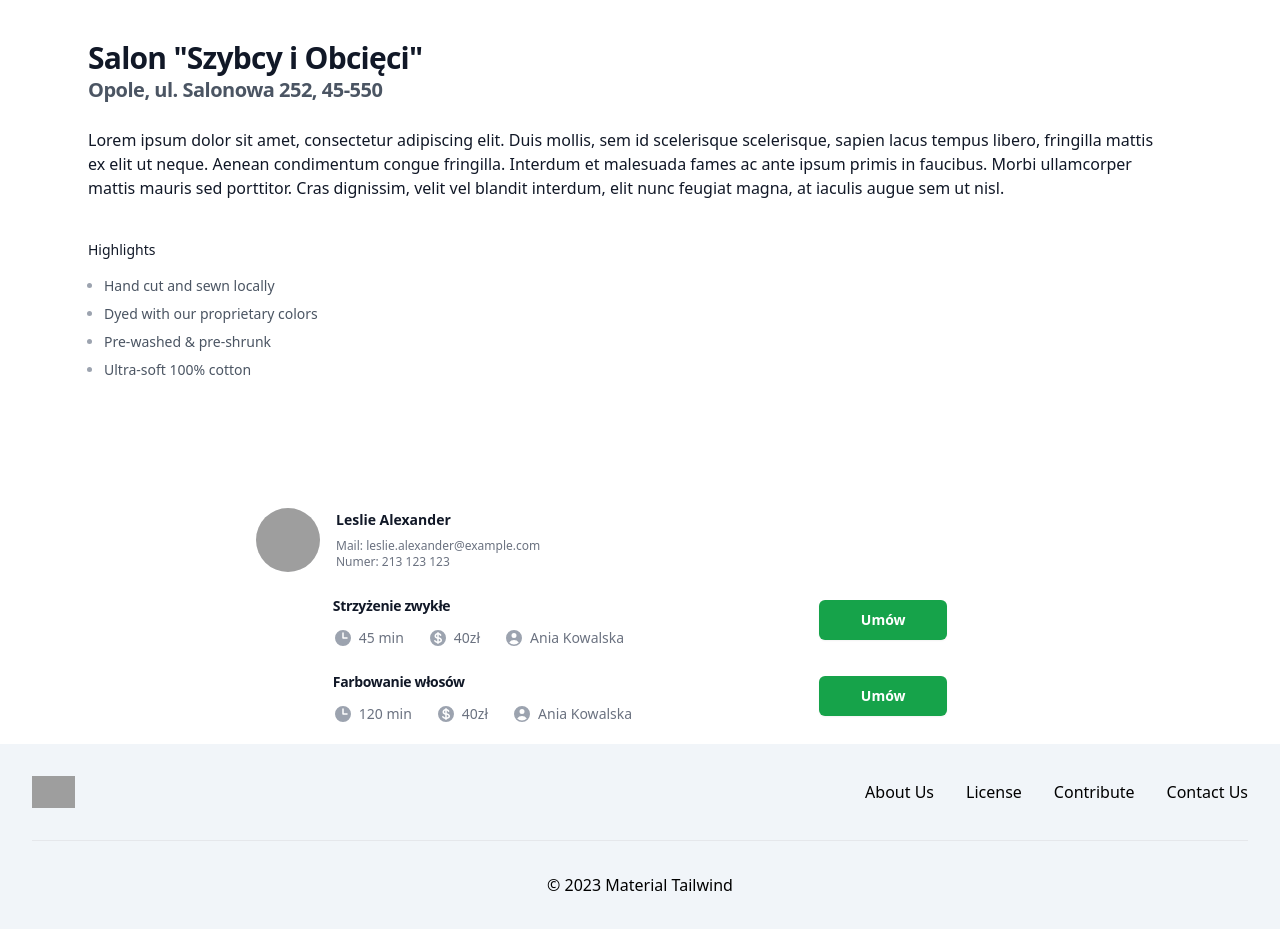
Repository: PrzemyslawJura/my-app
Page: /stronasalonu (app in frontend/)
An editor plug-in stored every save of this project. The page is shown before and after the next save, followed by the edit.
The browser window is 1280 px wide. The pictures show the part of the page from y = 516 to 1445 px (the page is 1445 px tall).
Pictures or frames that could not be fetched are drawn as grey boxes. The project was rebuilt for these pictures with package versions that can differ from the ones it lists, and the page was loaded fresh each time. Also part of the build but not shown: frontend/src/components/Location.jsx, frontend/src/home/Feature.jsx, frontend/src/shared_np_buttony_inputy_kalendarze_itp/PaginationTile.jsx, frontend/src/home/Pagination.jsx, frontend/src/home/Listbox.jsx, frontend/src/home/StepOne.jsx, frontend/src/home/StepTwo.jsx, frontend/src/home/SalonOffer.jsx and 19 more.

Above is the page before, as saved 2023-11-21 20:30:01.

### frontend/src/index.css
@tailwind base;
html {
  scroll-behavior: smooth;
}

@tailwind components;
@tailwind utilities;

### frontend/src/core/App.jsx
import BrowserRoutes from "./BrowserRoutes"
import FooterWithLogo from "./Footer"
import NavbarBiznes from "./NavbarBiznes";
import NavbarHome from "./NavbarHome";



export default function App() {
  let navigationBar = <NavbarHome/>
  function userIsLogin(user)
  {
    if (user == false) navigationBar = <NavbarBiznes/>
    else navigationBar = <NavbarHome/>
  }
  return (
    <>
      {userIsLogin(false)}
      {navigationBar}
      <BrowserRoutes/>
      <FooterWithLogo/>
    </>
  )
}

### frontend/src/core/BrowserRoutes.jsx
import Home from "../home/Home"
import CalendarOfWork from "../biznes/CalendarOfWork"
import SalonPage from "../biznes/SalonPage"
import Workers from "../biznes/Workers"
import Services from "../biznes/Services"
import { Route, Routes } from "react-router-dom"
import NavbarBiznes from "./NavbarBiznes"

export default function BrowserRoutes() {
  return (
      <Routes>
        <Route path="/" element={<Home/>}/>
        <Route path="/stronasalonu" element={<SalonPage/>}/>
        <Route path="/pracownicy" element={<Workers/>}/>
        <Route path="/kalendarz" element={<CalendarOfWork/>}/>
        <Route path="/oferta" element={<Services/>}/>
      </Routes>
  )
}

### frontend/src/core/Footer.jsx
import { Typography } from "@material-tailwind/react";

export default function FooterWithLogo() {
  return (
    <footer id="footer" className="w-full p-8 bg-slate-100">
      <div className="flex flex-row flex-wrap items-center justify-center gap-y-6 gap-x-12 text-center md:justify-between">
      <img
        className="h-8 w-auto"
        src="https://tailwindui.com/img/logos/mark.svg?color=green&shade=600"
        alt=""
      />
        <ul className="flex flex-wrap items-center gap-y-2 gap-x-8">
          <li>
            <Typography
              as="a"
              href="#"
              color="blue-gray"
              className="font-normal transition-colors hover:text-blue-500 focus:text-blue-500"
            >
              About Us
            </Typography>
          </li>
          <li>
            <Typography
              as="a"
              href="#"
              color="blue-gray"
              className="font-normal transition-colors hover:text-blue-500 focus:text-blue-500"
            >
              License
            </Typography>
          </li>
          <li>
            <Typography
              as="a"
              href="#"
              color="blue-gray"
              className="font-normal transition-colors hover:text-blue-500 focus:text-blue-500"
            >
              Contribute
            </Typography>
          </li>
          <li>
            <Typography
              as="a"
              href="#"
              color="blue-gray"
              className="font-normal transition-colors hover:text-blue-500 focus:text-blue-500"
            >
              Contact Us
            </Typography>
          </li>
        </ul>
      </div>
      <hr className="my-8 border-blue-gray-50" />
      <Typography color="blue-gray" className="text-center font-normal">
        &copy; 2023 Material Tailwind
      </Typography>
    </footer>
  );
}

### frontend/src/biznes/SalonPage.jsx
import Salon from "./Salon"
import Hairdresser from "../components/Hairdresser"
import OneService from "../components/OneService"
import MainButton from "../shared_np_buttony_inputy_kalendarze_itp/MainButton"

const people = [
  {
    name: 'Leslie Alexander',
    email: 'leslie.alexander@example.com',
    telephone: '213 123 123',
    role: 'Co-Founder / CEO',
    imageUrl:
      'https://images.unsplash.com/photo-1494790108377-be9c29b29330?ixlib=rb-1.2.1&ixid=eyJhcHBfaWQiOjEyMDd9&auto=format&fit=facearea&facepad=2&w=256&h=256&q=80',
    lastSeen: '3h ago',
    lastSeenDateTime: '2023-01-23T13:23Z',
  },
  {
    name: 'Michael Foster',
    email: 'michael.foster@example.com',
    role: 'Co-Founder / CTO',
    imageUrl:
      'https://images.unsplash.com/photo-1519244703995-f4e0f30006d5?ixlib=rb-1.2.1&ixid=eyJhcHBfaWQiOjEyMDd9&auto=format&fit=facearea&facepad=2&w=256&h=256&q=80',
    lastSeen: '3h ago',
    lastSeenDateTime: '2023-01-23T13:23Z',
  },
  {
    name: 'Dries Vincent',
    email: 'dries.vincent@example.com',
    role: 'Business Relations',
    imageUrl:
      'https://images.unsplash.com/photo-1506794778202-cad84cf45f1d?ixlib=rb-1.2.1&ixid=eyJhcHBfaWQiOjEyMDd9&auto=format&fit=facearea&facepad=2&w=256&h=256&q=80',
    lastSeen: null,
  },
  {
    name: 'Lindsay Walton',
    email: 'lindsay.walton@example.com',
    role: 'Front-end Developer',
    imageUrl:
      'https://images.unsplash.com/photo-1517841905240-472988babdf9?ixlib=rb-1.2.1&ixid=eyJhcHBfaWQiOjEyMDd9&auto=format&fit=facearea&facepad=2&w=256&h=256&q=80',
    lastSeen: '3h ago',
    lastSeenDateTime: '2023-01-23T13:23Z',
  },
  {
    name: 'Courtney Henry',
    email: 'courtney.henry@example.com',
    role: 'Designer',
    imageUrl:
      'https://images.unsplash.com/photo-1438761681033-6461ffad8d80?ixlib=rb-1.2.1&ixid=eyJhcHBfaWQiOjEyMDd9&auto=format&fit=facearea&facepad=2&w=256&h=256&q=80',
    lastSeen: '3h ago',
    lastSeenDateTime: '2023-01-23T13:23Z',
  },
  {
    name: 'Tom Cook',
    email: 'tom.cook@example.com',
    role: 'Director of Product',
    imageUrl:
      'https://images.unsplash.com/photo-1472099645785-5658abf4ff4e?ixlib=rb-1.2.1&ixid=eyJhcHBfaWQiOjEyMDd9&auto=format&fit=facearea&facepad=2&w=256&h=256&q=80',
    lastSeen: null,
  },
]

const services = [
  {
    name: 'Strzyżenie zwykłe',
    time: '45',
    price: '40',
    hairdresser: 'Ania Kowalska',
    active: true,
  },
  {
    name: 'Farbowanie włosów',
    time: '120',
    price: '40',
    hairdresser: 'Ania Kowalska',
    active: true,
  }
]


export default function SalonPage() {
  return (
    <>
      <Salon/>
      <div className="w-3/5 m-auto">
        <Hairdresser person={people[0]}/>
        <div className="w-4/5 m-auto my-5 flex justify-between">
          <OneService service={services[0]}/>
          <MainButton text="Umów"/>
        </div>
        <div className="w-4/5 m-auto my-5 flex justify-between">
          <OneService service={services[1]}/>
          <MainButton text="Umów"/>
        </div>


      </div>
    </>
  )
}

### frontend/src/shared_np_buttony_inputy_kalendarze_itp/MainButton.jsx
export default function MainButton({text}) {
    return (
        <button
        type="submit"
        className="w-20 sm:w-32 flex-none rounded-md bg-green-600 px-3.5 py-2.5 text-sm font-semibold max-h-10 my-auto
                   text-white shadow-sm hover:bg-green-400 focus-visible:outline focus-visible:outline-2
                   focus-visible:outline-offset-2 focus-visible:outline-indigo-500"
        >
        {text}
        </button>
    )}

### frontend/src/biznes/Salon.jsx
import { StarIcon } from '@heroicons/react/20/solid'
import { CarouselDefault } from '../components/CarouselDefault'

const product = {
  name: 'Salon "Szybcy i Obcięci"',
  city: 'Opole',
  street: 'ul. Salonowa 252',
  code: '45-550',
  price: '$192',
  href: '#',
  breadcrumbs: [
    { id: 1, name: 'Opole', href: '#' }
  ],
  images: [
    {
      src: 'https://tailwindui.com/img/ecommerce-images/product-page-02-secondary-product-shot.jpg',
      alt: 'Two each of gray, white, and black shirts laying flat.',
    },
    {
      src: 'https://tailwindui.com/img/ecommerce-images/product-page-02-tertiary-product-shot-01.jpg',
      alt: 'Model wearing plain black basic tee.',
    },
    {
      src: 'https://tailwindui.com/img/ecommerce-images/product-page-02-tertiary-product-shot-02.jpg',
      alt: 'Model wearing plain gray basic tee.',
    },
    {
      src: 'https://tailwindui.com/img/ecommerce-images/product-page-02-featured-product-shot.jpg',
      alt: 'Model wearing plain white basic tee.',
    },
  ],
  description:
    'Lorem ipsum dolor sit amet, consectetur adipiscing elit. Duis mollis, sem id scelerisque scelerisque, sapien lacus tempus libero, fringilla mattis ex elit ut neque. Aenean condimentum congue fringilla. Interdum et malesuada fames ac ante ipsum primis in faucibus. Morbi ullamcorper mattis mauris sed porttitor. Cras dignissim, velit vel blandit interdum, elit nunc feugiat magna, at iaculis augue sem ut nisl. ',
  highlights: [
    'Hand cut and sewn locally',
    'Dyed with our proprietary colors',
    'Pre-washed & pre-shrunk',
    'Ultra-soft 100% cotton',
  ],
}
const reviews = { href: '#', average: 3.5, totalCount: 117 }

function classNames(...classes) {
  return classes.filter(Boolean).join(' ')
}

export default function Salon() {

  return (
    <div className="bg-white">
      <div className="pt-6">
        <nav aria-label="Breadcrumb">
          <ol role="list" className="mx-auto flex max-w-2xl items-center space-x-2 px-4 sm:px-6 lg:max-w-7xl lg:px-8">
            {product.breadcrumbs.map((breadcrumb) => (
              <li key={breadcrumb.id}>
                <div className="flex items-center">
                  <a href={breadcrumb.href} className="mr-2 text-sm font-medium text-gray-900">
                    {breadcrumb.name}
                  </a>
                  <svg
                    width={16}
                    height={20}
                    viewBox="0 0 16 20"
                    fill="currentColor"
                    aria-hidden="true"
                    className="h-5 w-4 text-gray-300"
                  >
                    <path d="M5.697 4.34L8.98 16.532h1.327L7.025 4.341H5.697z" />
                  </svg>
                </div>
              </li>
            ))}
            <li className="text-sm">
              <a href={product.href} aria-current="page" className="font-medium text-gray-500 hover:text-gray-600">
                {product.name}
              </a>
            </li>
          </ol>
        </nav>

        {/* Image gallery */}
        <div className="mx-auto mt-6 max-w-2xl sm:px-6  lg:max-w-7xl  lg:px-8 rounded-xl h-96 overflow-x-hidden">
              <CarouselDefault/>
        </div>

        {/* Product info */}
        <div className="mx-auto px-20 pb-16 pt-10 sm:px-6 max-w-6xl ">
          <div className="lg:col-span-2 lg:pr-8">
            <h1 className="text-2xl font-bold tracking-tight text-gray-900 sm:text-3xl">{product.name}</h1>
            <h3 className="text-xl font-semibold tracking-tight text-gray-600">{product.city}, {product.street}, {product.code}</h3>
          </div>

          {/* Options */}
{/*} lg:grid lg:max-w-7xl lg:grid-cols-3 lg:grid-rows-[auto,auto,1fr] lg:gap-x-8 lg:px-8 lg:pb-24 lg:pt-16 max-w-2xl
          <div className="mt-4 lg:row-span-3 lg:mt-0">{*/}
            {/* Reviews */}{/*}
            <div className="mt-6">
              <h3 className="sr-only">Reviews</h3>
              <div className="flex items-center">
                <div className="flex items-center">
                  {[0, 1, 2, 3, 4].map((rating) => (
                    <StarIcon
                      key={rating}
                      className={classNames(
                        reviews.average > rating ? 'text-gray-900' : 'text-gray-200',
                        'h-5 w-5 flex-shrink-0'
                      )}
                      aria-hidden="true"
                    />
                  ))}
                </div>
                <p className="sr-only">{reviews.average} out of 5 stars</p>
                <a href={reviews.href} className="ml-3 text-sm font-medium text-indigo-600 hover:text-indigo-500">
                  {reviews.totalCount} reviews
                </a>
              </div>
            </div>

            <form className="mt-10">
              <button
                type="submit"
                className="mt-10 flex w-full items-center justify-center rounded-md border border-transparent bg-indigo-600 px-8 py-3 text-base font-medium text-white hover:bg-indigo-700 focus:outline-none focus:ring-2 focus:ring-indigo-500 focus:ring-offset-2"
              >
                Dodaj ocene
              </button>
            </form>

          </div>
        {*/}
          <div className="py-10 lg:col-span-2 lg:col-start-1 lg:pb-16 lg:pr-8 lg:pt-6">
            {/* Description and details */}
            <div>
              <h3 className="sr-only">Description</h3>

              <div className="space-y-6">
                <p className="text-base text-gray-900">{product.description}</p>
              </div>
            </div>

            <div className="mt-10">
              <h3 className="text-sm font-medium text-gray-900">Highlights</h3>

              <div className="mt-4">
                <ul role="list" className="list-disc space-y-2 pl-4 text-sm">
                  {product.highlights.map((highlight) => (
                    <li key={highlight} className="text-gray-400">
                      <span className="text-gray-600">{highlight}</span>
                    </li>
                  ))}
                </ul>
              </div>
            </div>

          </div>
        </div>
      </div>
    </div>
  )
}

### frontend/src/components/Hairdresser.jsx
export default function Hairdresser({person}) {
    return (
      <>
          <div className="flex min-w-0 gap-x-4">
            <img className="h-16 w-16 flex-none rounded-full bg-gray-50" src={person.imageUrl} alt="" />
            <div className="min-w-0 flex-auto">
              <p className="text-sm font-semibold leading-6 text-gray-900">{person.name}</p>
              <p className="mt-1 truncate text-xs leading-5 text-gray-500">Mail: {person.email}</p>
              <p className="truncate text-xs leading-3 text-gray-500">Numer: {person.telephone}</p>
            </div>
          </div>
    </>
  )}

### frontend/src/components/OneService.jsx
import {
    ClockIcon,
    CurrencyDollarIcon,
    UserCircleIcon,
  } from '@heroicons/react/20/solid'

export default function OneService({service}) {
    return (
        <div className="min-w-0 flex-1">
          <h2 className="text-sm font-semibold leading-7 text-gray-900 sm:truncate sm:tracking-tight">
            {service.name}
          </h2>
          <div className="mt-1 flex flex-col sm:mt-0 sm:flex-row sm:flex-wrap sm:space-x-6">
            <div className="mt-2 flex items-center text-sm text-gray-500">
              <ClockIcon className="mr-1.5 h-5 w-5 flex-shrink-0 text-gray-400" aria-hidden="true" />
              {service.time} min
            </div>
            <div className="mt-2 flex items-center text-sm text-gray-500">
              <CurrencyDollarIcon className="mr-1.5 h-5 w-5 flex-shrink-0 text-gray-400" aria-hidden="true" />
              {service.price}zł
            </div>
            <div className="mt-2 flex items-center text-sm text-gray-500">
              <UserCircleIcon className="mr-1.5 h-5 w-5 flex-shrink-0 text-gray-400" aria-hidden="true" />
              {service.hairdresser}
            </div>
          </div>
        </div>
    )}

### frontend/src/components/CarouselDefault.jsx
import { Carousel, IconButton } from "@material-tailwind/react";

export function CarouselDefault() {
  return (
    <Carousel
      className="rounded-xl"
      prevArrow={({ handlePrev }) => (
        <IconButton
          variant="text"
          color="white"
          size="lg"
          onClick={handlePrev}
          className="!absolute top-2/4 left-4 -translate-y-2/4"
        >
          <svg
            xmlns="http://www.w3.org/2000/svg"
            fill="none"
            viewBox="0 0 24 24"
            strokeWidth={2}
            stroke="currentColor"
            className="h-6 w-6"
          >
            <path
              strokeLinecap="round"
              strokeLinejoin="round"
              d="M10.5 19.5L3 12m0 0l7.5-7.5M3 12h18"
            />
          </svg>
        </IconButton>
      )}
      nextArrow={({ handleNext }) => (
        <IconButton
          variant="text"
          color="white"
          size="lg"
          onClick={handleNext}
          className="!absolute top-2/4 !right-4 -translate-y-2/4"
        >
          <svg
            xmlns="http://www.w3.org/2000/svg"
            fill="none"
            viewBox="0 0 24 24"
            strokeWidth={2}
            stroke="currentColor"
            className="h-6 w-6"
          >
            <path
              strokeLinecap="round"
              strokeLinejoin="round"
              d="M13.5 4.5L21 12m0 0l-7.5 7.5M21 12H3"
            />
          </svg>
        </IconButton>
      )}
    >
      <img
        src="https://images.unsplash.com/photo-1592647420148-bfcc177e2117?ixlib=rb-4.0.3&ixid=M3wxMjA3fDB8MHxwaG90by1wYWdlfHx8fGVufDB8fHx8fA%3D%3D&auto=format&fit=crop&w=2039&q=80"
        alt="image 1"
        className="h-full w-full object-cover"
      />
      <img
        src="https://images.unsplash.com/photo-1634480256802-7cb50e5a196a?ixlib=rb-4.0.3&ixid=M3wxMjA3fDB8MHxzZWFyY2h8Nnx8YmFyYmVyc2hvcHxlbnwwfDB8MHx8fDI%3D&auto=format&fit=crop&w=400&q=60"
        alt="image 2"
        className="h-full w-full object-cover"
      />
      <img
        src="https://images.unsplash.com/photo-1622288432450-277d0fef5ed6?ixlib=rb-4.0.3&ixid=M3wxMjA3fDB8MHxwaG90by1wYWdlfHx8fGVufDB8fHx8fA%3D%3D&auto=format&fit=crop&w=2070&q=80"
        alt="image 3"
        className="h-full w-full object-cover"
      />
    </Carousel>
  );
}

Loaded but not shown: frontend/public/index.html (common file); frontend/src/reportWebVitals.js (common file); frontend/src/index.js (20 lines, source omitted); frontend/tailwind.config.js (19 lines, source omitted); frontend/src/core/NavbarBiznes.jsx (146 lines, source omitted)

After the next save:
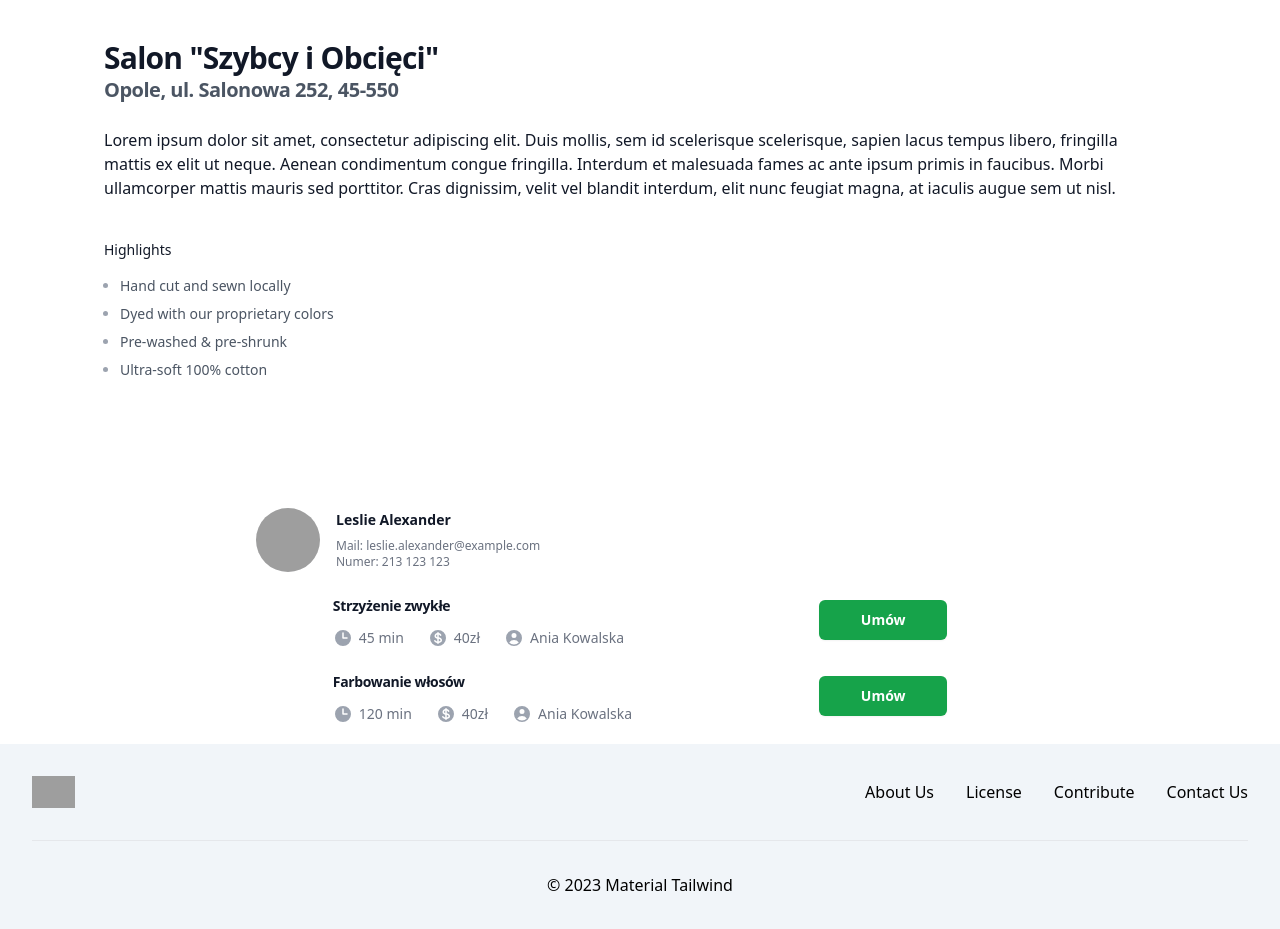
Saved 27 s later.
--- a/frontend/src/biznes/Salon.jsx
+++ b/frontend/src/biznes/Salon.jsx
@@ -84,7 +84,7 @@ export default function Salon() {
         </div>
 
         {/* Product info */}
-        <div className="mx-auto px-20 pb-16 pt-10 sm:px-6 max-w-6xl ">
+        <div className="mx-auto px-10 pb-16 pt-10 sm:px-10 max-w-6xl ">
           <div className="lg:col-span-2 lg:pr-8">
             <h1 className="text-2xl font-bold tracking-tight text-gray-900 sm:text-3xl">{product.name}</h1>
             <h3 className="text-xl font-semibold tracking-tight text-gray-600">{product.city}, {product.street}, {product.code}</h3>
